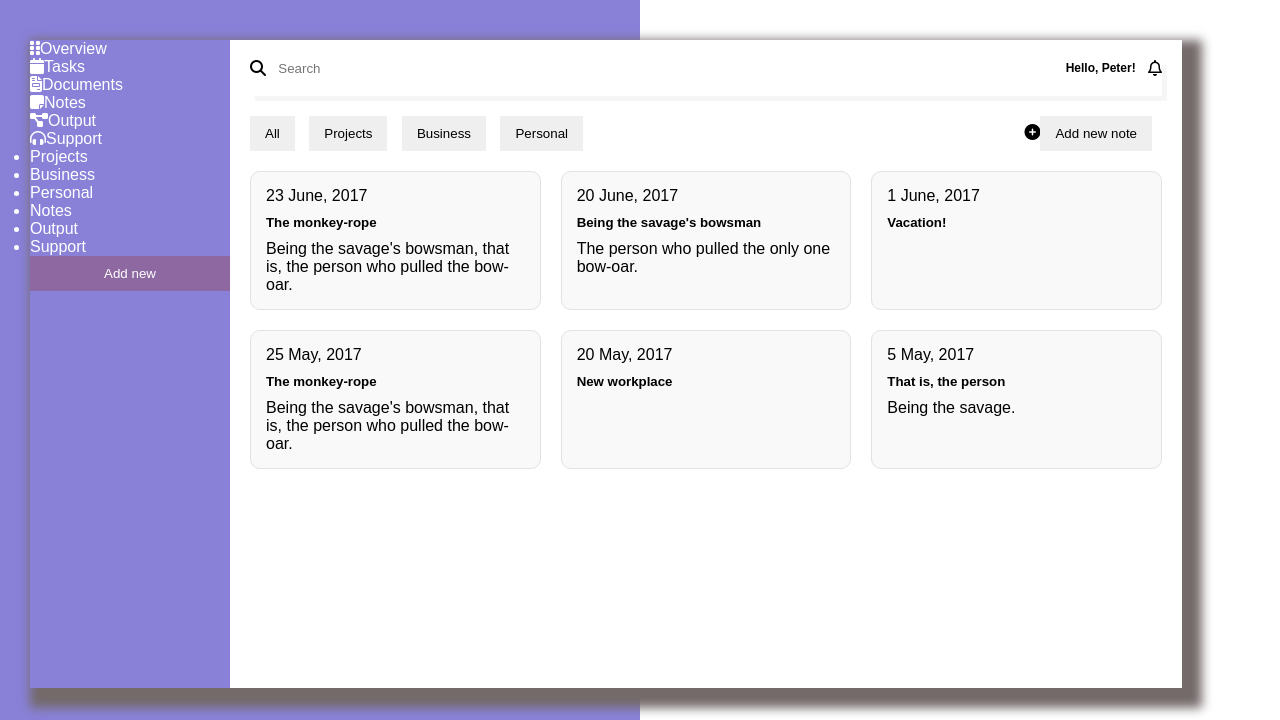
Repository: SatenikGabrielyan/HTML_CSS-_Assignment
Page: index.html
These files come from the project's save history. The page is drawn as it stood at one moment and after a run of saves; the edit follows.
The browser window is 1280 px wide. The pictures show the whole page.
Some web libraries are served in a nearby version.

Above is the page before, as saved 2025-03-18 00:03:03.

After the next 2 saves:
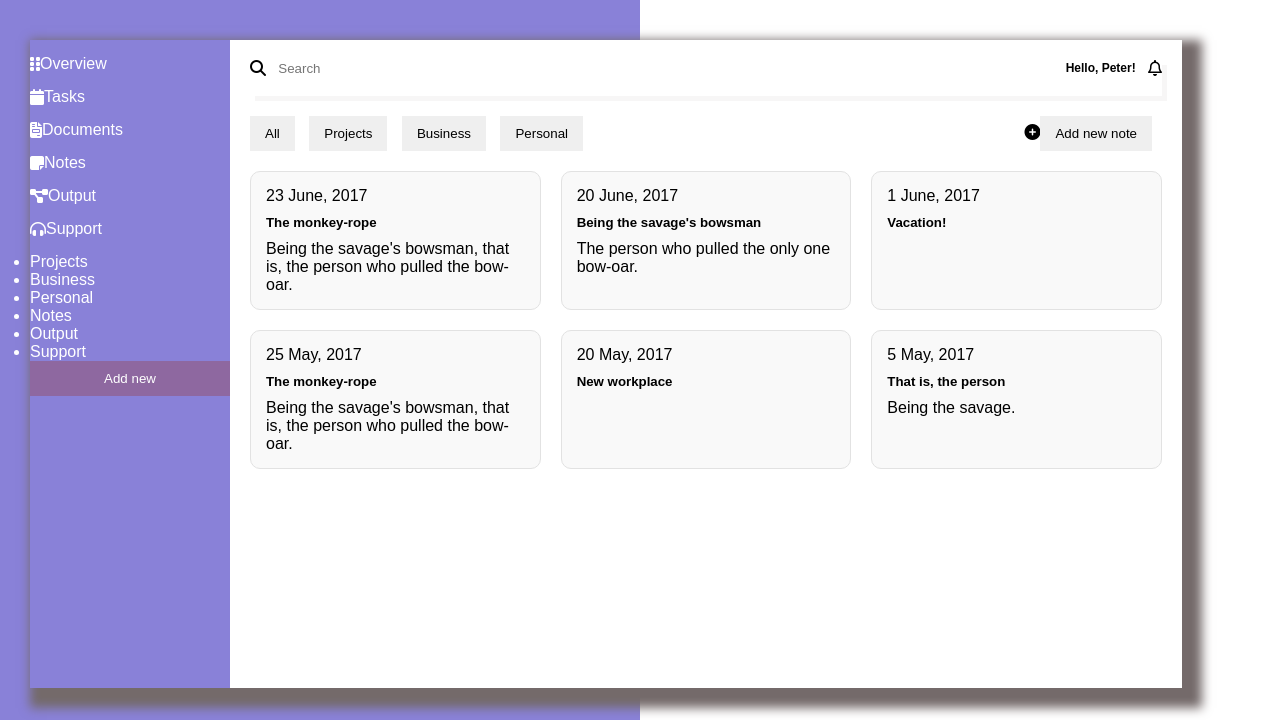
The 2 saves are shown as one change because they came seconds apart.
The last was saved 13 s later.
--- a/style.css
+++ b/style.css
@@ -86,6 +86,10 @@
     list-style: none;
 }
 .first li {
+    margin: 15px 0;
+    display: flex;
+    align-items: center;
+    cursor: pointer;
     /* padding: 10px; */
 }
   .sidebar-header h2 {
